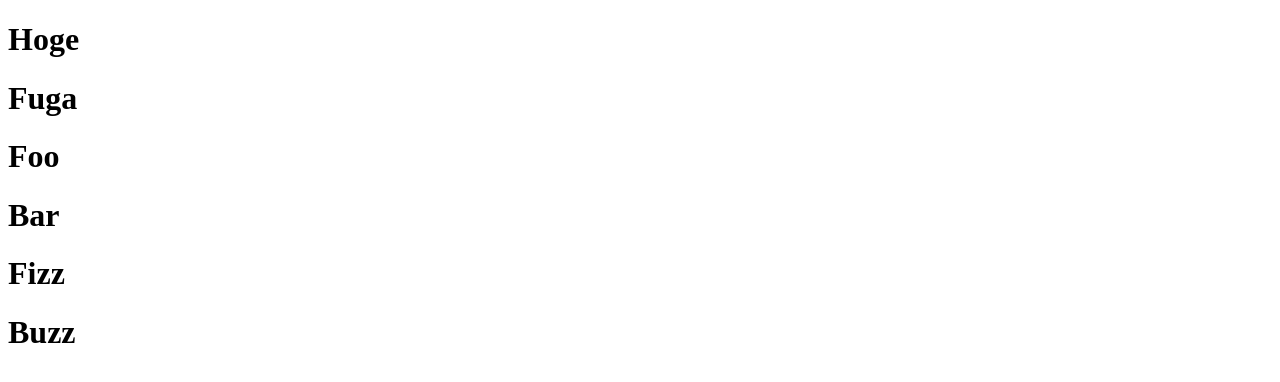
Repository: MatsumotoSohei/samurai_HTML-CSS
Page: hoge.html
The author's editor kept a record of every edit. The page is drawn from the files as they stood at one moment, then again after the next edit.
The browser window is 1280 px wide. The pictures show the whole page.

Above is the page before.

### hoge.html
<!DOCTYPE html>
<html lang="ja">
    <head>
       <meta name="viewport" content="width=device-width, initial-scale=1">
       <style>
           .media {
               background-color: blue;
           }

           @media screen and (min-width:480px) {
               .media {
                   background-color: red;
               }
           }

           @media screen and (min-width:640px) {
               .media {
                   background-color: green;
               }
           }
       </style>
    </head>
    <body>
        <div id="grid">
            <h1>Hoge</h1>
            <h1>Fuga</h1>
            <h1>Foo</h1>
            <h1>Bar</h1>
            <h1>Fizz</h1>
            <h1>Buzz</h1>
        </div>
    </body>
</html>

After the next edit:
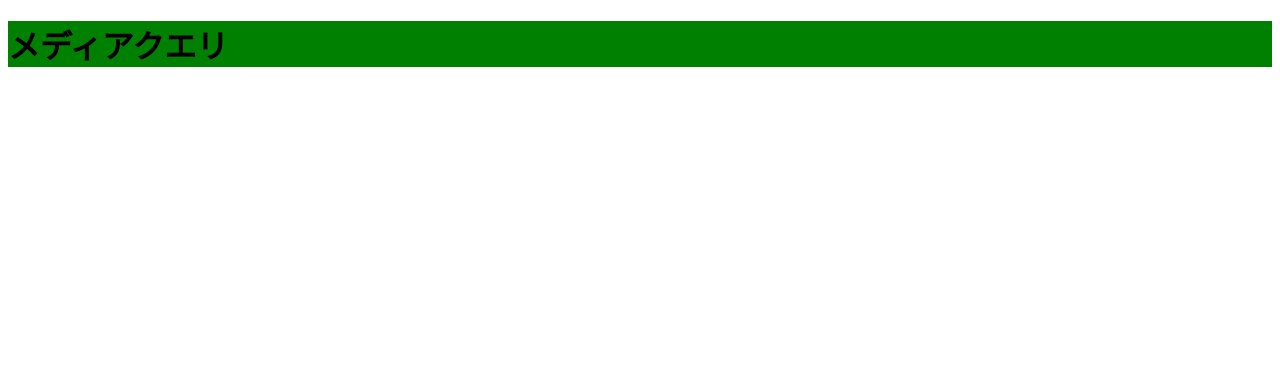
The edit:
--- a/hoge.html
+++ b/hoge.html
@@ -21,13 +21,8 @@
        </style>
     </head>
     <body>
-        <div id="grid">
-            <h1>Hoge</h1>
-            <h1>Fuga</h1>
-            <h1>Foo</h1>
-            <h1>Bar</h1>
-            <h1>Fizz</h1>
-            <h1>Buzz</h1>
+        <div class="media">
+            <h1>メディアクエリ</h1>
         </div>
     </body>
 </html>
